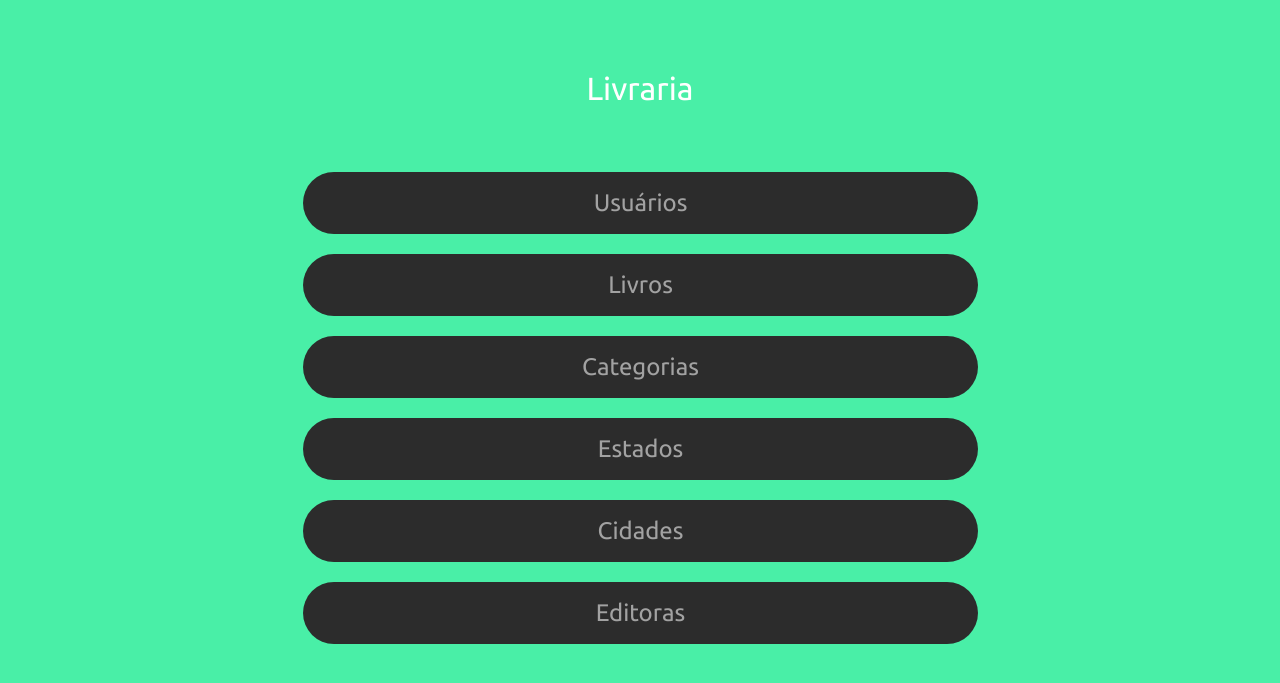
Repository: lxcxcxlxmb/moduleProject
Page: front/home.html
An editor plug-in stored every save of this project. The page is shown before and after the next save, followed by the edit.
The browser window is 1280 px wide. The pictures show the whole page.

Above is the page before, as saved 2022-09-07 17:58:27.

### front/home.html
<!DOCTYPE html>
<html lang="en">

<head>
    <meta name="viewport" content="width=device-width, initial-scale=1">
    <meta charset="UTF-8">
    <title>Crossroad</title>
    <link rel="stylesheet" href="style.css">
    <link rel="icon" href="favicon.ico" type="image/x-icon" />
</head>

<style type="text/css">
    @import url('https://fonts.googleapis.com/css2?family=Ubuntu&display=swa');

    :root {
        --accentColor: #35363a;
        --font: 'Ubuntu', sans-serif;
        font-display: swap;
    }

    body {
        background-color: #49efa7;

    }

    #userPhoto {
        width: 96px;
        height: 96px;
        display: block;
        margin: 35px auto 20px;
        border-radius: 50%;
        -webkit-box-shadow: 1px 0px 48px -11px rgba(0, 0, 0, 0.22);
        -moz-box-shadow: 1px 0px 48px -11px rgba(0, 0, 0, 0.22);
        box-shadow: 1px 0px 48px -11px rgba(0, 0, 0, 0.22);
    }

    #userName {
        color: rgb(255, 255, 255);
        font-size: 2rem;
        font-weight: 200;
        line-height: 1.25;
        margin-bottom: 4rem;
        display: block;
        font-family: var(--font);
        width: auto;
        text-align: center;
        text-decoration: none;
    }


    .footer {
        color: rgba(255, 255, 255, 0.705);
        transition: 0.5s;
        font-size: 1.2rem;
        font-weight: 200;
        line-height: 1.25;
        display: block;
        font-family: var(--font);
        width: 100%;
        text-align: center;
        text-decoration: none;
        margin-top: 50px;
        margin-bottom: 75px;
    }

    .footer:hover {
        color: rgb(255, 255, 255);
        transition: 0.5s;
    }

    #links {
        max-width: 675px;
        width: auto;
        display: block;
        margin: 27px auto;
    }

    .link {
        display: block;
        background-color: #2c2c2c;
        color: #a2a2a2;
        font-family: var(--font);
        border-radius: 40px;
        text-align: center;
        margin-bottom: 20px;
        padding: 17px;
        text-decoration: none;
        font-size: 1.5rem;
        transition: all .25s cubic-bezier(.08, .59, .29, .99);
        transition: box-shadow .5s;
    }

    .link:hover {
        background-color: #363636;
        transition: .5s;
        color: #ffffff;
        box-shadow: 0 0 31px rgba(0, 0, 0, 0.247);
        font-weight: 100;
    }

    /* Colors for social links*/

    .hvr-grow {
        -webkit-transform: perspective(1px) translateZ(0);
        transform: perspective(1px) translateZ(0);
        box-shadow: 0 0 1px rgba(0, 0, 0, 0);
        -webkit-transition-duration: 0.3s;
        transition-duration: 0.3s;
        -webkit-transition-property: transform;
        transition-property: transform;
    }

    .hvr-grow:hover,
    .hvr-grow:focus,
    .hvr-grow:active {
        -webkit-transform: scale(1.02);
        transform: scale(1.02);
    }
</style>

<body>
    <br>
    <br>
    <br>
    <a href="home.html" id="userName">Livraria</a>
    <div id="links">
        <a class="link hvr-grow" href="usersCrud.html" target="_blank">Usuários</a>
        <a class="link hvr-grow" href="https://omarzunic.com/behance" target="_blank" rel="noopener">Livros</a>
        <a class="link hvr-grow" href="https://omarzunic.com/steam" target="_blank" rel="noopener">Categorias</a>
        <a class="link hvr-grow" href="https://omarzunic.com/github" target="_blank" rel="noopener">Estados</a>
        <a class="link hvr-grow" href="https://omarzunic.com/discord" target="_blank" rel="noopener">Cidades</a>
        <a class="link hvr-grow" href="https://omarzunic.com/instagram" target="_blank" rel="noopener">Editoras</a>
    </div>
</body>

</html>

### front/style.css
* {
    box-sizing: border-box;
    font-family: -apple-system, BlinkMacSystemFont, "segoe ui", roboto, oxygen, ubuntu, cantarell, "fira sans", "droid sans", "helvetica neue", Arial, sans-serif;
    font-size: 16px;
}
body {
    background-color: #435165;
}
.login {
    width: 400px;
    background-color: #ffffff;
    box-shadow: 0 0 9px 0 rgba(0, 0, 0, 0.3);
    margin: 100px auto;
}
.login h1 {
    text-align: center;
    color: #5b6574;
    font-size: 24px;
    padding: 20px 0 20px 0;
    border-bottom: 1px solid #dee0e4;
}
.login form {
    display: flex;
    flex-wrap: wrap;
    justify-content: center;
    padding-top: 20px;
}
.login form label {
    display: flex;
    justify-content: center;
    align-items: center;
    width: 50px;
    height: 50px;
    background-color: #3274d6;
    color: #ffffff;
}
.login form input[type="password"], .login form input[type="text"] {
    width: 310px;
    height: 50px;
    border: 1px solid #dee0e4;
    margin-bottom: 20px;
    padding: 0 15px;
}
.login form input[type="button"] {
    width: 100%;
    padding: 15px;
   margin-top: 20px;
    background-color: #3274d6;
    border: 0;
    cursor: pointer;
    font-weight: bold;
    color: #ffffff;
    transition: background-color 0.2s;
}
.login form input[type="button"]:hover {
  background-color: #2868c7;
    transition: background-color 0.2s;
}

After the next save:
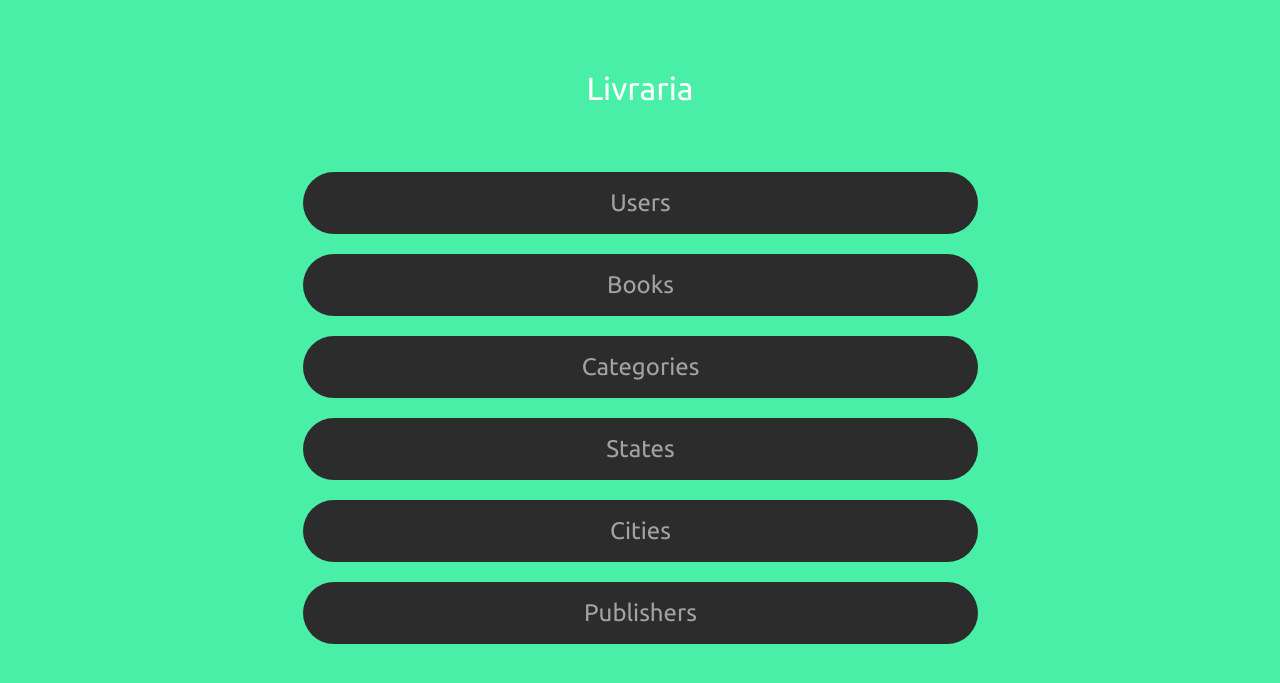
Saved 7 min 10 s later.
--- a/front/home.html
+++ b/front/home.html
@@ -124,12 +124,12 @@
     <br>
     <a href="home.html" id="userName">Livraria</a>
     <div id="links">
-        <a class="link hvr-grow" href="usersCrud.html" target="_blank">Usuários</a>
-        <a class="link hvr-grow" href="https://omarzunic.com/behance" target="_blank" rel="noopener">Livros</a>
-        <a class="link hvr-grow" href="https://omarzunic.com/steam" target="_blank" rel="noopener">Categorias</a>
-        <a class="link hvr-grow" href="https://omarzunic.com/github" target="_blank" rel="noopener">Estados</a>
-        <a class="link hvr-grow" href="https://omarzunic.com/discord" target="_blank" rel="noopener">Cidades</a>
-        <a class="link hvr-grow" href="https://omarzunic.com/instagram" target="_blank" rel="noopener">Editoras</a>
+        <a class="link hvr-grow" href="usersCrud.html" target="_blank">Users</a>
+        <a class="link hvr-grow" href="booksCrud.html" target="_blank">Books</a>
+        <a class="link hvr-grow" href="categoriesCrud.html" target="_blank">Categories</a>
+        <a class="link hvr-grow" href="statesCrud.html" target="_blank">States</a>
+        <a class="link hvr-grow" href="citiesCrud.html" target="_blank">Cities</a>
+        <a class="link hvr-grow" href="publishersCrud.html" target="_blank">Publishers</a>
     </div>
 </body>
 
